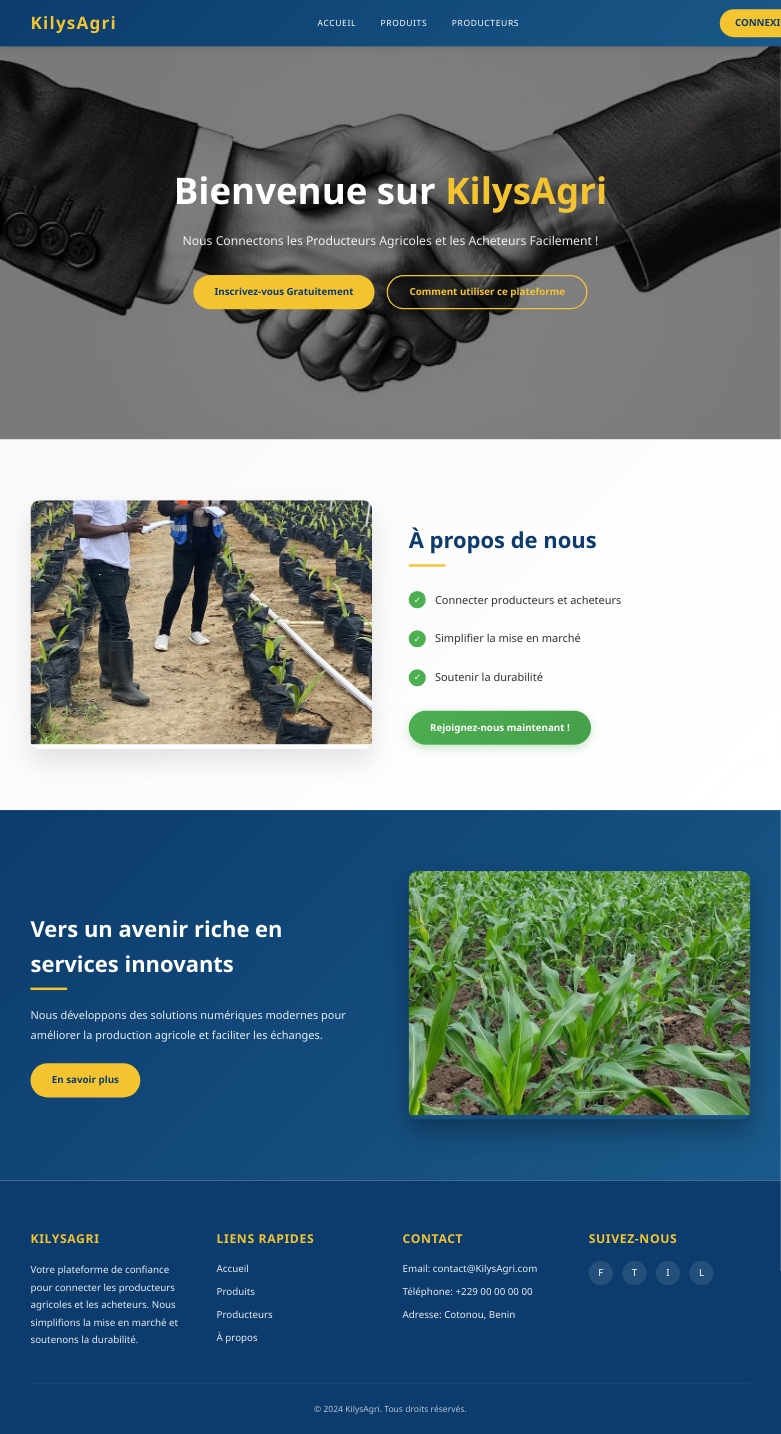
Repository: KILAYOSSI/projetdesoutenance
Page: templates/home/index.html.twig
An editor plug-in stored every save of this project. The page is shown before and after the next save, followed by the edit.
The browser window is 1280 px wide. The pictures show the whole page, at 61% of full size.
The page is a Twig template of a Symfony application; nobody is signed in and links lead nowhere. The template is opened directly, without the code that normally fills it, so the values that code supplies are empty.

Above is the page before, as saved 2026-02-25 16:02:05.

After the next save:
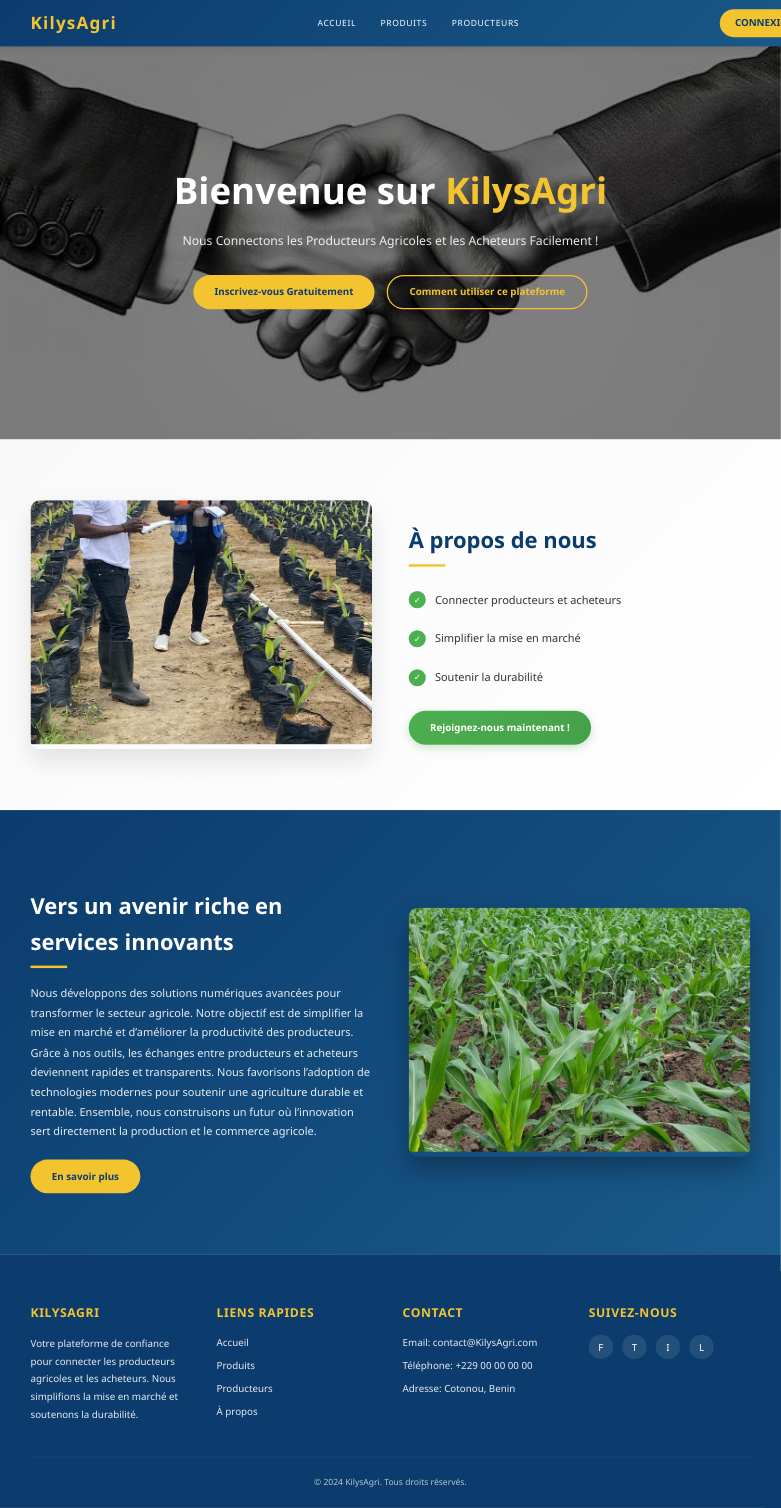
Saved 16 min 15 s later.
--- a/templates/home/index.html.twig
+++ b/templates/home/index.html.twig
@@ -57,8 +57,11 @@
         <div class="future-text">
             <h2>Vers un avenir riche en services innovants</h2>
             <p>
-                Nous développons des solutions numériques modernes pour améliorer
-                la production agricole et faciliter les échanges.
+                Nous développons des solutions numériques avancées pour transformer le secteur agricole.
+Notre objectif est de simplifier la mise en marché et d’améliorer la productivité des producteurs.
+Grâce à nos outils, les échanges entre producteurs et acheteurs deviennent rapides et transparents.
+Nous favorisons l’adoption de technologies modernes pour soutenir une agriculture durable et rentable.
+Ensemble, nous construisons un futur où l’innovation sert directement la production et le commerce agricole.
             </p>
             <a href="#" class="btn-primary">En savoir plus</a>
         </div>
